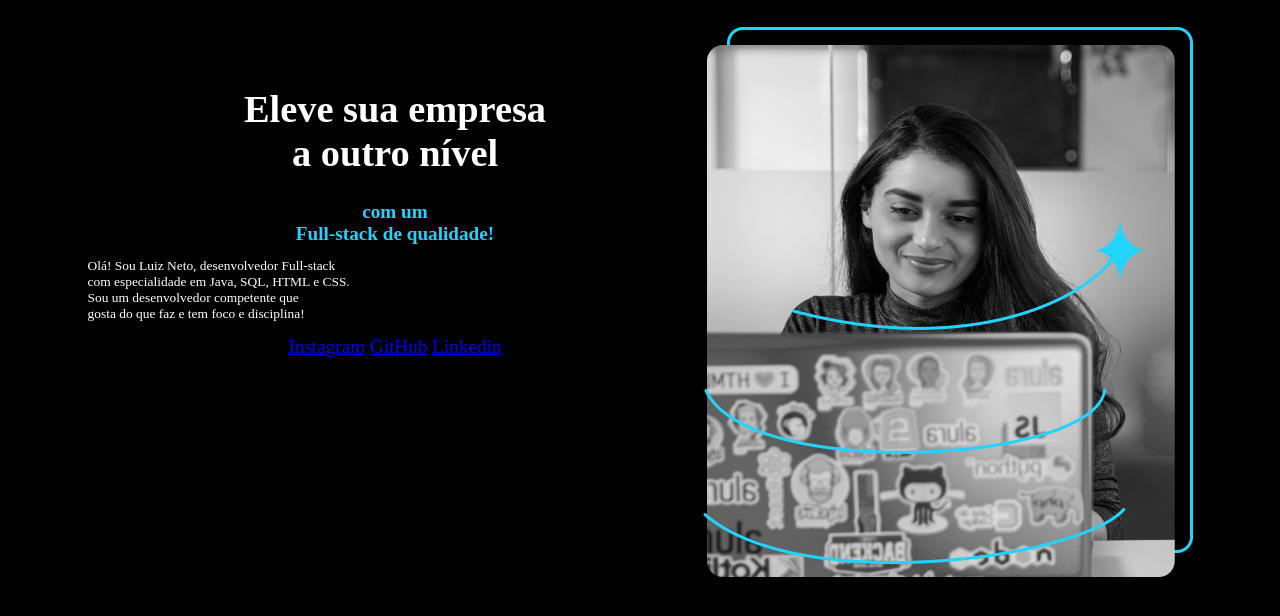
Repository: luiz123098/Sobre-mim-em-HTM-CSS
Page: htmlcss.html
The author's editor kept a copy of each file at every save. The page is drawn from the files as they stood at one save, then again after the next save.
The browser window is 1280 px wide. The pictures show the whole page.

Above is the page before, as saved 2023-03-08 14:32:34.

After the next save:
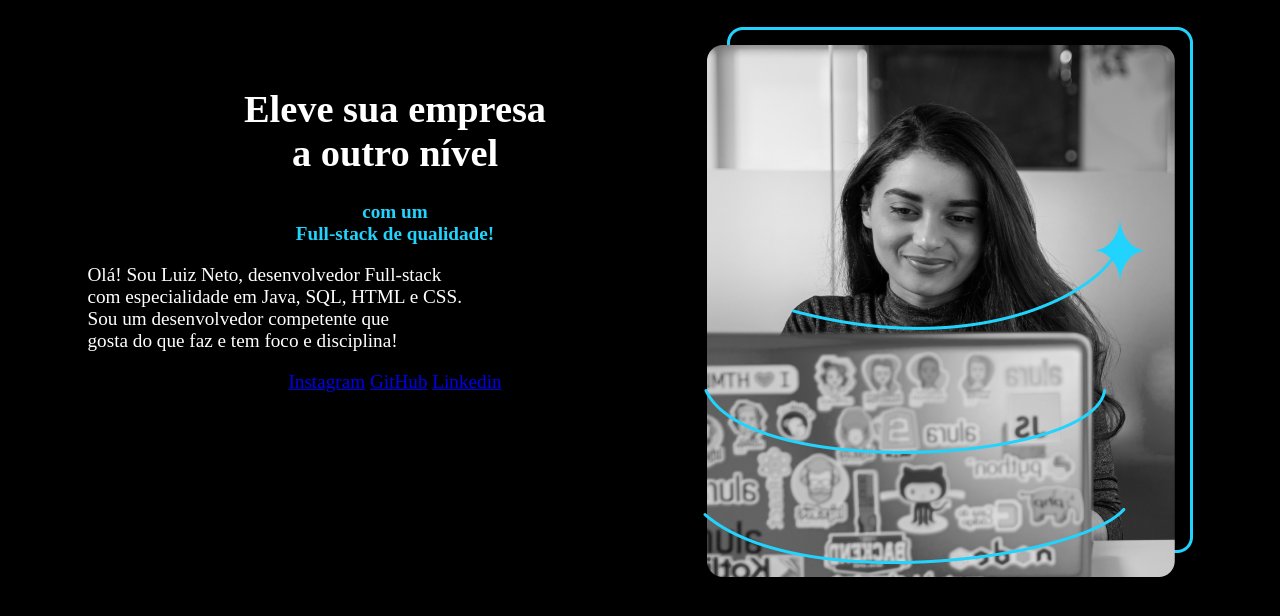
Saved 11 s later.
--- a/style.Css
+++ b/style.Css
@@ -5,7 +5,7 @@
 }
 
 .biografia{
-    font-size: 70%;
+    font-size: 100%;
     text-align: left;
 }
 
